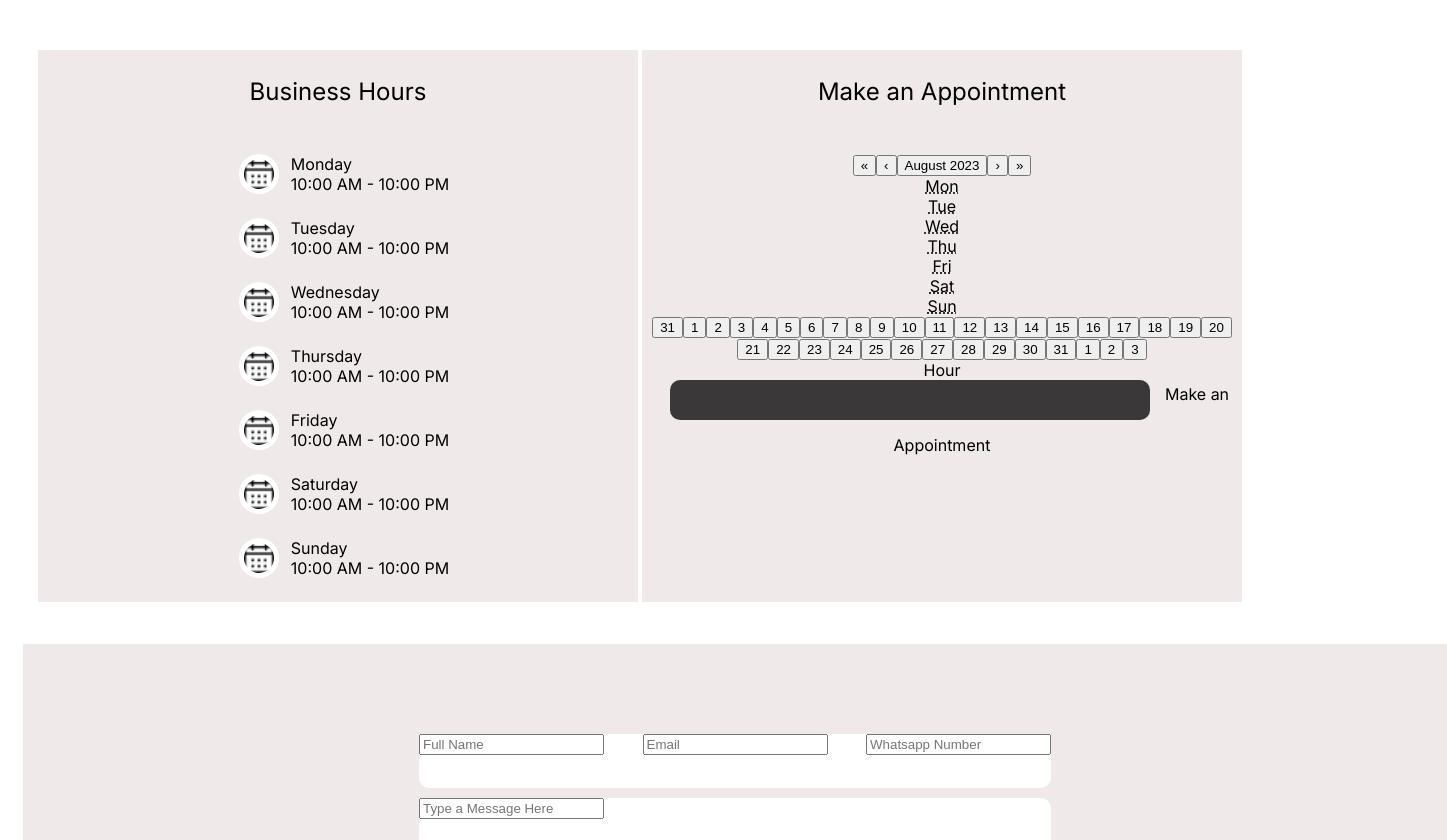
Repository: nikita120402/next13-deploy
Page: /
These files come from the project's save history. The page is drawn as it stood at one moment and after the next save; the edit follows.
The browser window is 1280 px wide. The page is 1447 px wide, so the pictures cover 1447 px, including what lies to the right of the window. The pictures show the part of the page from y = 2384 to 3224 px (the page is 3405 px tall).
The project was rebuilt for these pictures with package versions that can differ from the ones it lists, and the page was loaded fresh each time. The framework's server and built-in components were replaced by stand-ins that run in the browser. Also part of the build but not shown: next.config.js.

Above is the page before, as saved 2023-08-08 03:53:29.

After the next save:
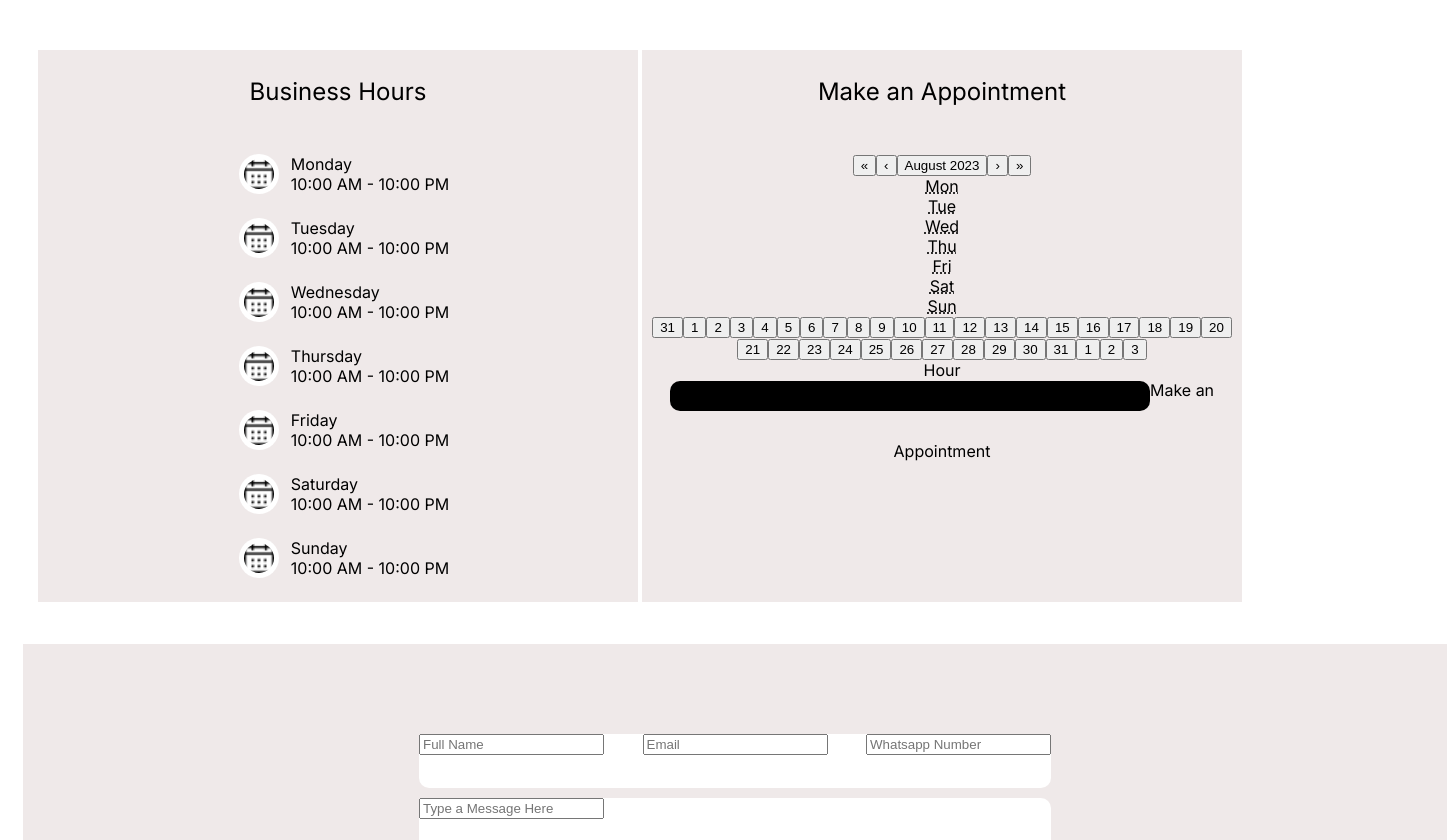
Saved 29 s later.
--- a/src/app/Design.module.css
+++ b/src/app/Design.module.css
@@ -161,14 +161,13 @@
 }
 
 .btn{
-    padding: 20px;
-    background: #3a3838;
+    padding: 15px;
+    background: #000;
     color: #fff;
     font-size: 20px;
     border: none;
     border-radius: 10px;
     margin-bottom: 30px;
-    margin: 0px 15px 15px;
     width: 80%;
     text-align: center;
 }
